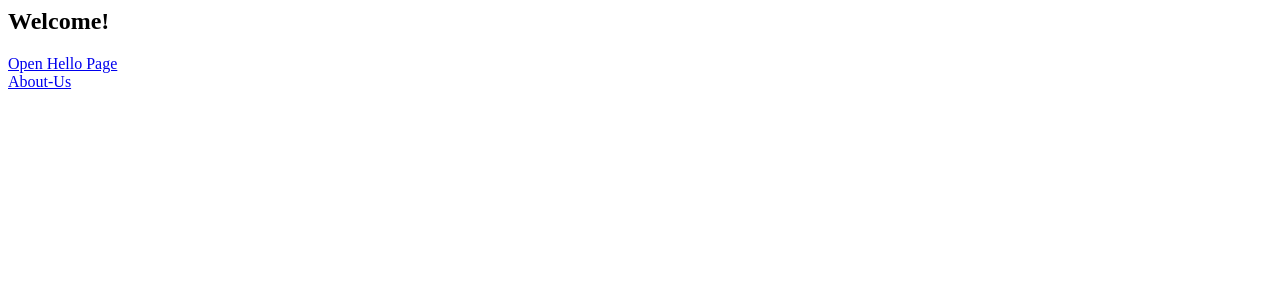
Repository: deepak-bisen/Spring
Page: http://localhost/SpringWebMvc2UsingAnnotations/
An editor plug-in stored every save of this project. The page is shown before and after the next save, followed by the edit.
The browser window is 1280 px wide. The pictures show the whole page.
The page is served by Tomcat 9.

Above is the page before, as saved 2025-07-01 11:25:24.

After the next save:
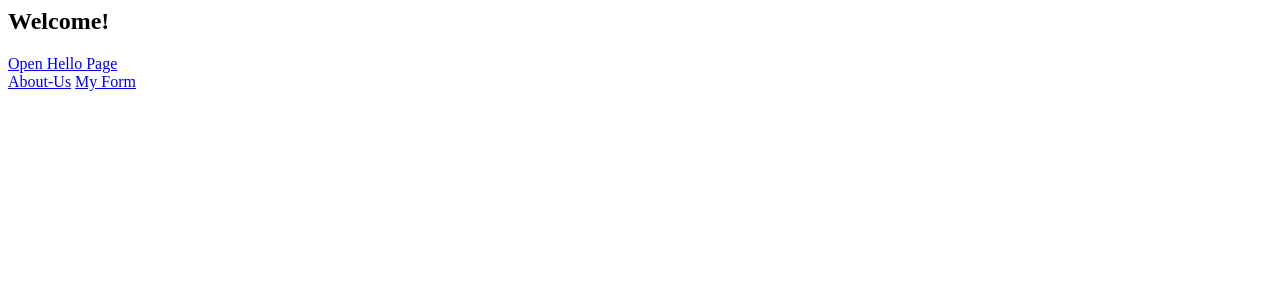
Saved 38 min 24 s later.
--- a/SpringWebMvc2UsingAnnotations/src/main/webapp/index.jsp
+++ b/SpringWebMvc2UsingAnnotations/src/main/webapp/index.jsp
@@ -3,6 +3,9 @@
 <h2>Welcome!</h2>
 
 <a href = "helloPage">Open Hello Page</a><br>
+
 <a href = "aboutUs"> About-Us</a>
+
+<a href="myForm">My Form</a>
 </body>
 </html>
